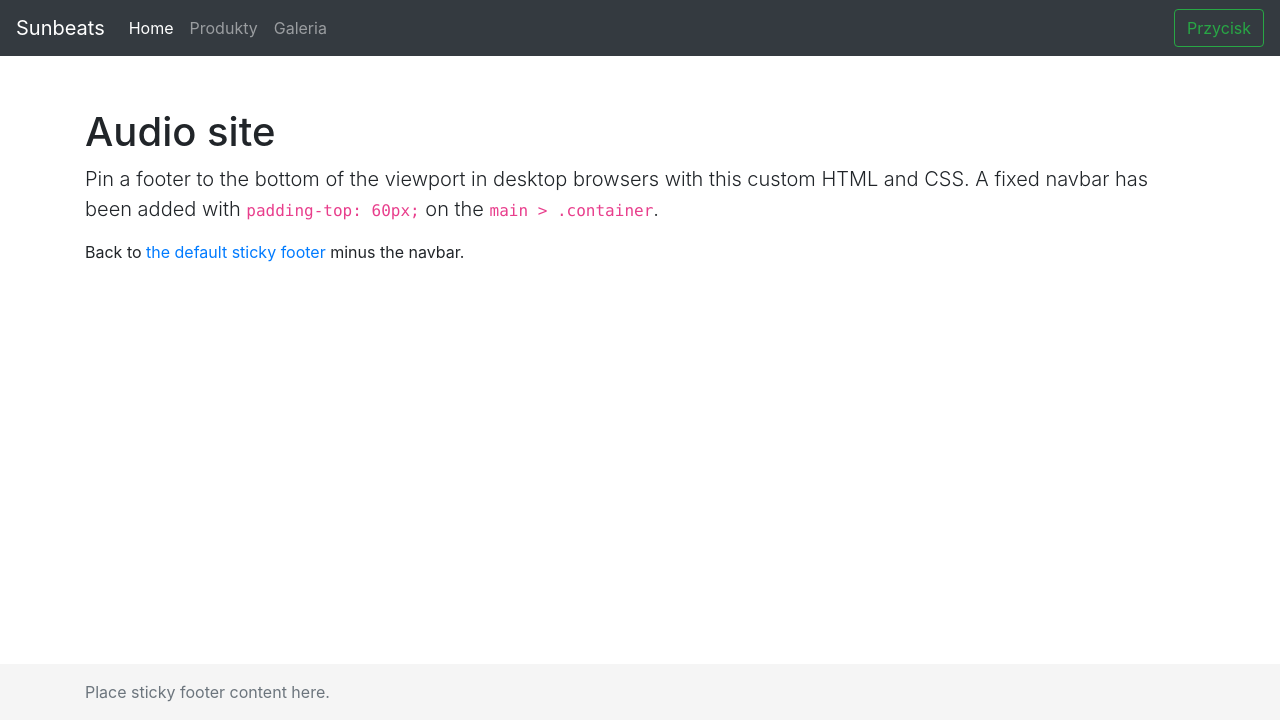
Repository: Audio-site/sunbeats
Page: index.html
An editor plug-in stored every save of this project. The page is shown before and after the next save, followed by the edit.
The browser window is 1280 px wide. The pictures show the whole page.

Above is the page before, as saved 2020-08-24 23:57:29.

### index.html
<!doctype html>
<html lang="en" class="h-100">
  <head>
    <meta charset="utf-8">
    <meta name="viewport" content="width=device-width, initial-scale=1, shrink-to-fit=no">
    <meta name="description" content="">
    <meta name="author" content="Mark Otto, Jacob Thornton, and Bootstrap contributors">
    <meta name="generator" content="Jekyll v4.1.1">
    <title>Sticky Footer Navbar Template · Bootstrap</title>

    <link rel="canonical" href="https://getbootstrap.com/docs/4.5/examples/sticky-footer-navbar/">

    <!-- Bootstrap core CSS -->
<link href="../assets/dist/css/bootstrap.min.css" rel="stylesheet">

    <style>
      .bd-placeholder-img {
        font-size: 1.125rem;
        text-anchor: middle;
        -webkit-user-select: none;
        -moz-user-select: none;
        -ms-user-select: none;
        user-select: none;
      }

      @media (min-width: 768px) {
        .bd-placeholder-img-lg {
          font-size: 3.5rem;
        }
      }
    </style>
    <!-- Custom styles for this template -->
    <link href="../assets/css/sticky-footer-navbar.css" rel="stylesheet">
  </head>
  <body class="d-flex flex-column h-100">
    <header>
  <!-- Fixed navbar -->
  <nav class="navbar navbar-expand-md navbar-dark fixed-top bg-dark">
    <a class="navbar-brand" href="#">Sunbeats</a>
    <button class="navbar-toggler" type="button" data-toggle="collapse" data-target="#navbarCollapse" aria-controls="navbarCollapse" aria-expanded="false" aria-label="Toggle navigation">
      <span class="navbar-toggler-icon"></span>
    </button>
    <div class="collapse navbar-collapse" id="navbarCollapse">
      <ul class="navbar-nav mr-auto">
        <li class="nav-item active">
          <a class="nav-link" href="#">Home <span class="sr-only">(current)</span></a>
        </li>
        <li class="nav-item">
          <a class="nav-link" href="#">Produkty</a>
        </li>
        <li class="nav-item">
          <a class="nav-link" href="#">Galeria</a>
        </li>
      </ul>
        <button class="btn btn-outline-success my-2 my-sm-0" type="submit">Przycisk</button>
    </div>
  </nav>
</header>

<!-- Begin page content -->
<main role="main" class="flex-shrink-0">
  <div class="container">
    <h1 class="mt-5">Audio site</h1>
    <p class="lead">Pin a footer to the bottom of the viewport in desktop browsers with this custom HTML and CSS. A fixed navbar has been added with <code>padding-top: 60px;</code> on the <code>main &gt; .container</code>.</p>
    <p>Back to <a href="../examples/sticky-footer/">the default sticky footer</a> minus the navbar.</p>
  </div>
</main>

<footer class="footer mt-auto py-3">
  <div class="container">
    <span class="text-muted">Place sticky footer content here.</span>
  </div>
</footer>
<script src="https://code.jquery.com/jquery-3.5.1.slim.min.js" integrity="sha384-DfXdz2htPH0lsSSs5nCTpuj/zy4C+OGpamoFVy38MVBnE+IbbVYUew+OrCXaRkfj" crossorigin="anonymous"></script>
      <script>window.jQuery || document.write('<script src="../assets/js/vendor/jquery.slim.min.js"><\/script>')</script><script src="../assets/dist/js/bootstrap.bundle.min.js"></script>
</html>

Loaded but not shown: assets/dist/css/bootstrap.min.css (library); assets/css/sticky-footer-navbar.css (common file); assets/dist/js/bootstrap.bundle.min.js (library)

After the next save:
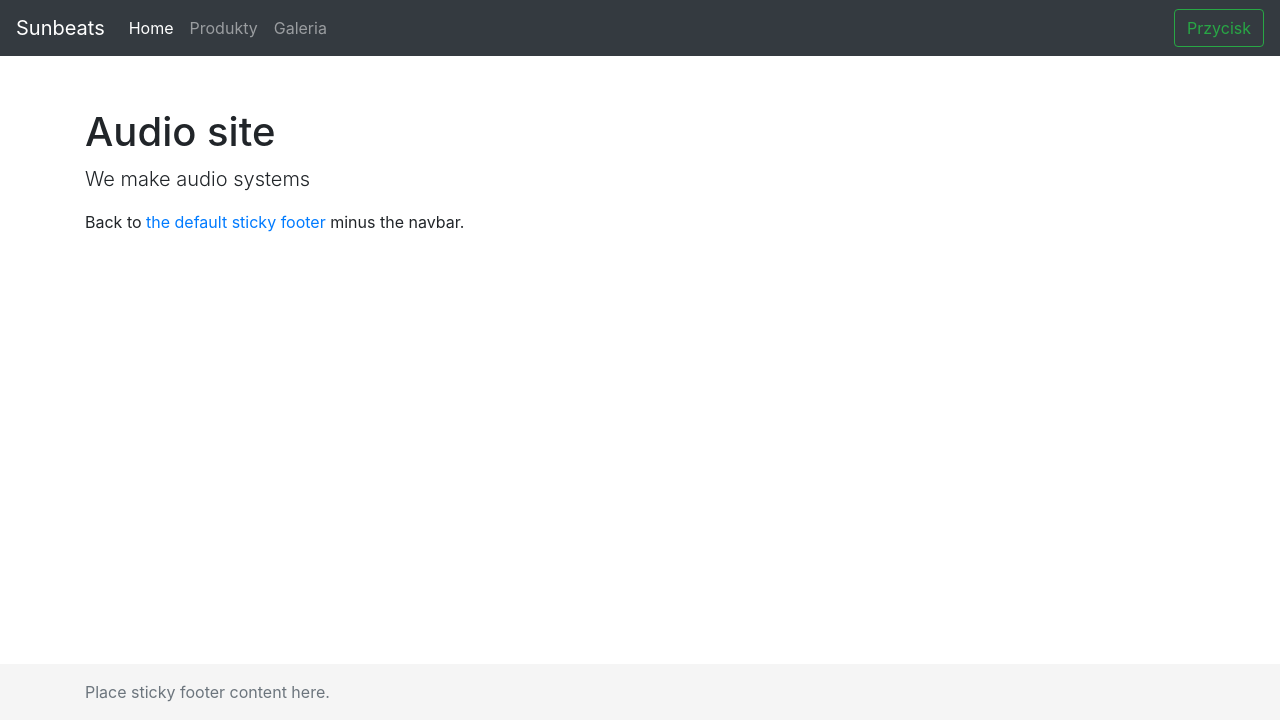
Saved 33 s later.
--- a/index.html
+++ b/index.html
@@ -61,7 +61,7 @@
 <main role="main" class="flex-shrink-0">
   <div class="container">
     <h1 class="mt-5">Audio site</h1>
-    <p class="lead">Pin a footer to the bottom of the viewport in desktop browsers with this custom HTML and CSS. A fixed navbar has been added with <code>padding-top: 60px;</code> on the <code>main &gt; .container</code>.</p>
+    <p class="lead">We make audio systems</p>
     <p>Back to <a href="../examples/sticky-footer/">the default sticky footer</a> minus the navbar.</p>
   </div>
 </main>
